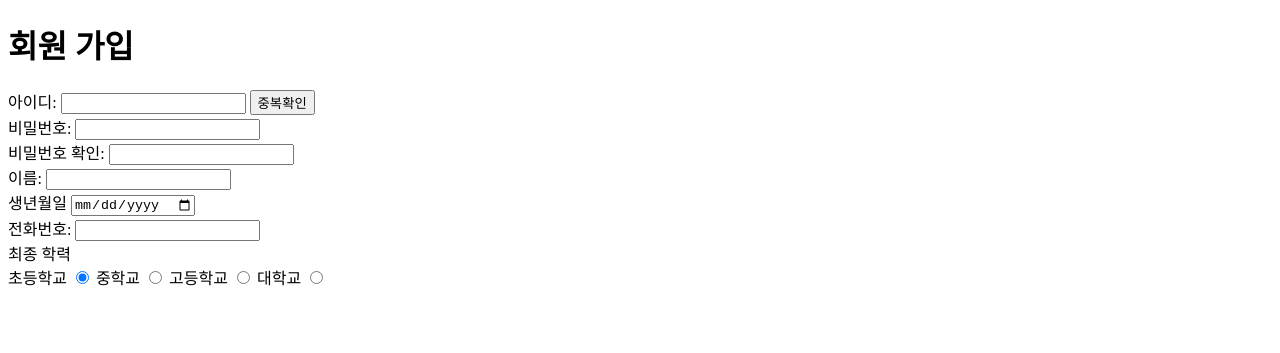
Repository: Chojaejun/javastudy
Page: HelloWorld/WebContent/Test2.html
An editor plug-in stored every save of this project. The page is shown before and after the next save, followed by the edit.
The browser window is 1280 px wide. The pictures show the whole page.

Above is the page before, as saved 2020-12-07 00:54:19.

After the next save:
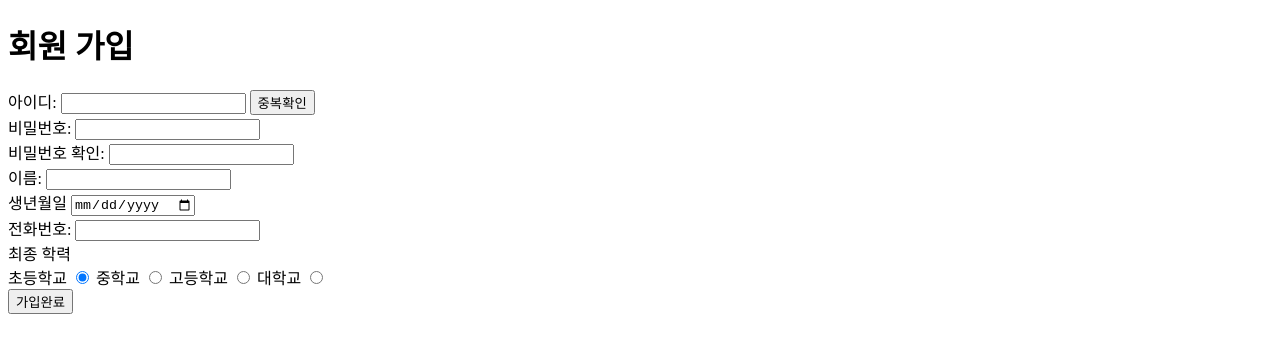
Saved 47 s later.
--- a/HelloWorld/WebContent/Test2.html
+++ b/HelloWorld/WebContent/Test2.html
@@ -36,6 +36,9 @@
 <label for="us">대학교</label>
 <input id="us" type="radio" name="us">
 
+<br>
+<input type="submit" value="가입완료">
+
 
 
 
